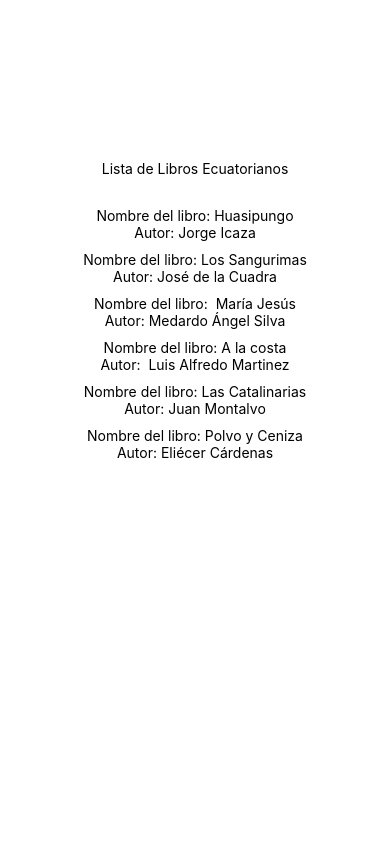
Repository: Henrybaio24/app-lista-libros
Screen: /
These files come from the project's save history. The screen is drawn as it stood at one moment and after a run of saves; the edit follows.
The app was drawn by React Native's web renderer in a window 390 px wide. The project was rebuilt for these pictures with package versions that can differ from the ones it lists, and the page was loaded fresh each time.

Above is the screen before, as saved 2020-02-03 20:19:01.

After the next 6 saves:
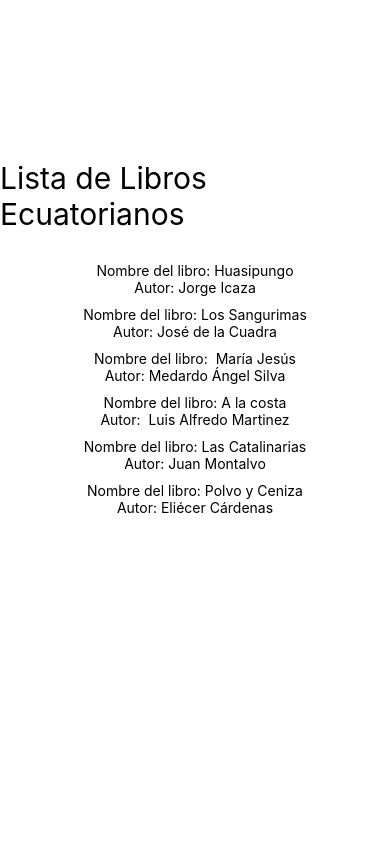
The 6 saves are shown as one change because 2 did not build or start and some came seconds apart.
The last was saved 31 s later.
--- a/App.js
+++ b/App.js
@@ -47,6 +47,7 @@ const styles = StyleSheet.create({
     paddingTop: 20,
   },
   titulo:{
-    paddingTop: 150
+    paddingTop: 150,
+    fontSize: 30
   }
 });
